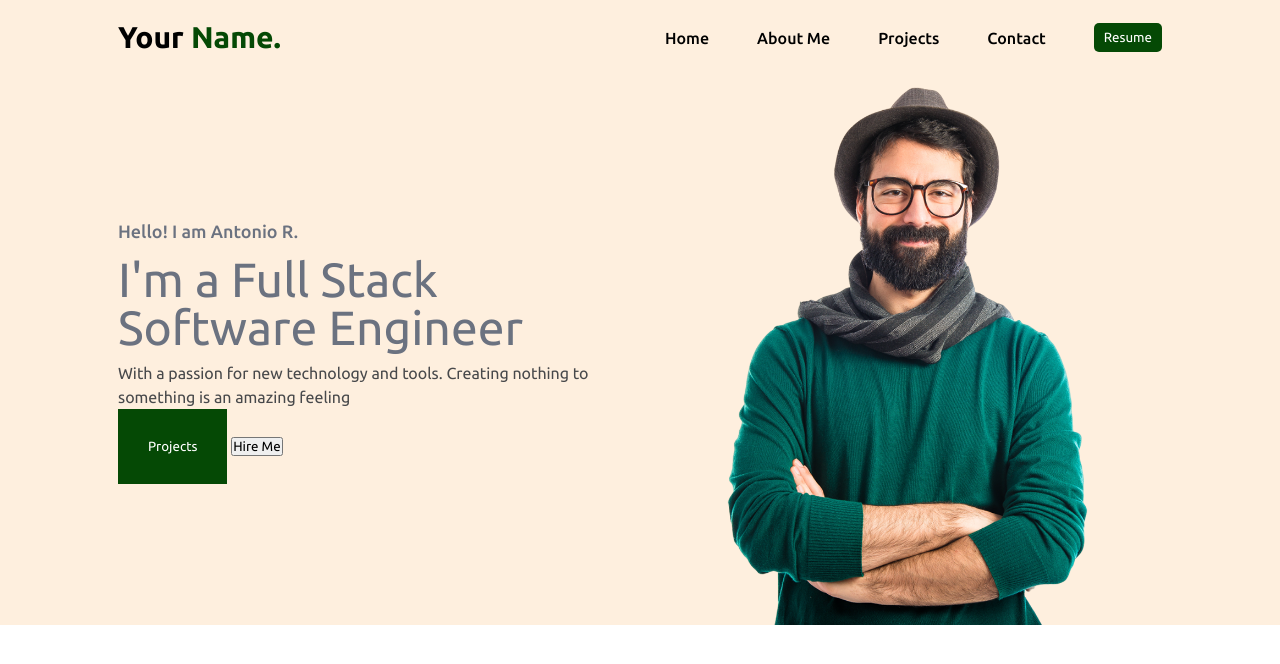
Repository: DevAntonioRogers/vanilla-portfolio
Page: index.html
The author's editor kept a copy of each file at every save. The page is drawn from the files as they stood at one save, then again after the next save.
The browser window is 1280 px wide. The pictures show the whole page.

Above is the page before, as saved 2023-07-14 22:19:59.

After the next save:
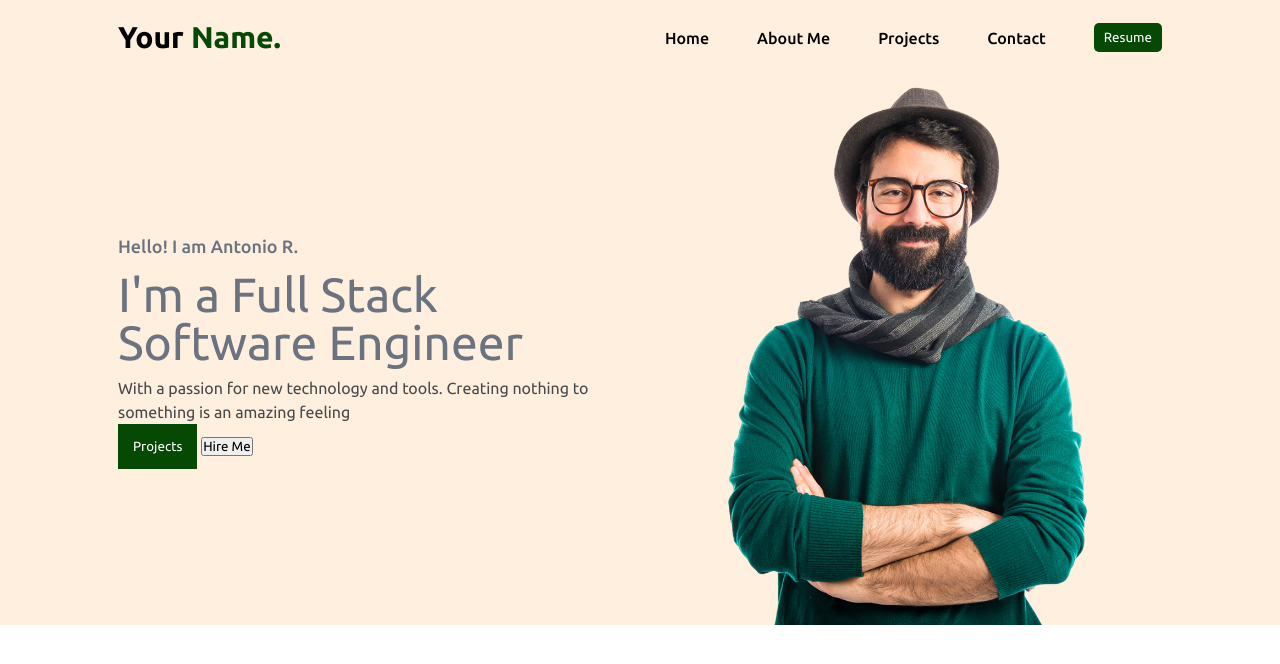
Saved 4 s later.
--- a/style.css
+++ b/style.css
@@ -108,7 +108,7 @@ nav {
   background-color: rgb(5, 73, 5);
   color: white;
   border: none;
-  padding: 30px;
+  padding: 15px;
 }
 
 .hero-container img {
